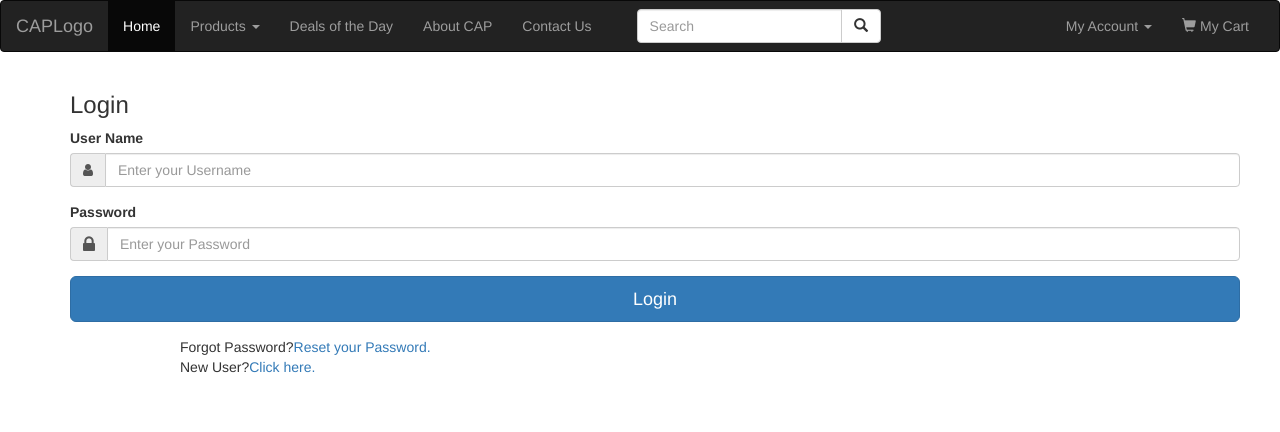
Repository: Guru-Raghavendran/CoinsAndPapers_webapp
Page: http://localhost/FrontEnd/WEB-INF/views/Login.jsp
An editor plug-in stored every save of this project. The page is shown before and after the next save, followed by the edit.
The browser window is 1280 px wide. The pictures show the whole page.
Some web fonts or font styles are not loaded; a fallback is used. Some web libraries are served in a nearby version. The page is served by Tomcat 9. Nobody is signed in. The template is opened directly, without the code that normally fills it, so the values that code supplies are empty.

Above is the page before, as saved 2018-04-16 08:03:45.

After the next save:
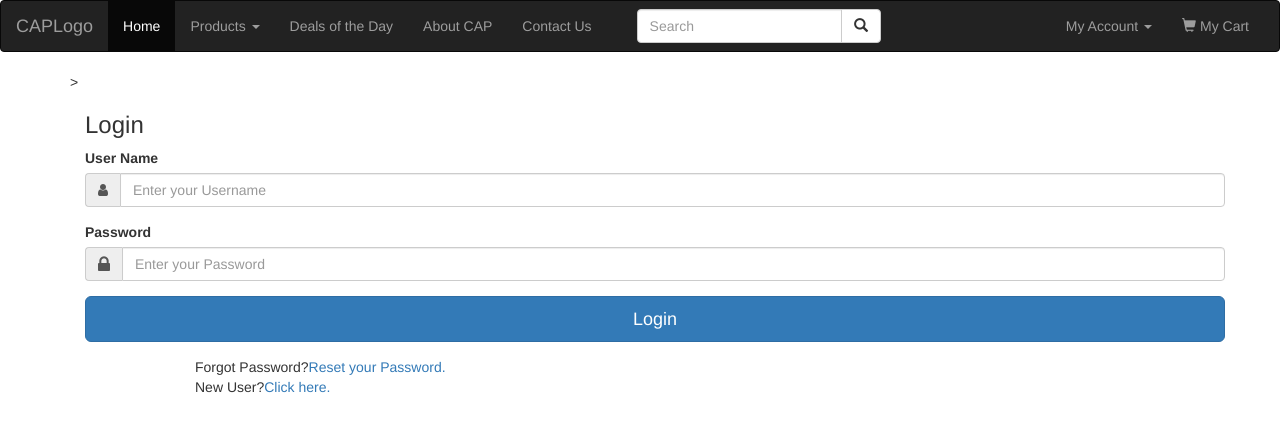
Saved 14 s later.
--- a/FrontEnd/src/main/webapp/WEB-INF/views/Login.jsp
+++ b/FrontEnd/src/main/webapp/WEB-INF/views/Login.jsp
@@ -29,12 +29,11 @@
 	<%@include file="NavBar.jsp" %>
 
 	<div class="container">
-		<div class="contentSection"><!--  style="display: flex; -->
+		<div class="contentSection"><!--  style="display: flex; -->>
 			<div class="registerForm1"></div>
 			<div class="loginForm">
 				<div class="container">
-				<div class="row">
-		<!-- <div class="col-md-4 col-md-offset-4 text-center"> -->
+
 					<h3>Login</h3>
 					<form class="" method="post" action="#">
 
@@ -74,11 +73,9 @@
 
 				</div>
 			</div>
-			</div>
-			</div>
 			<div class="registerForm2"></div>
 		</div>
-	<!-- </div> -->
+	</div>
 
 </body>
 </html>
